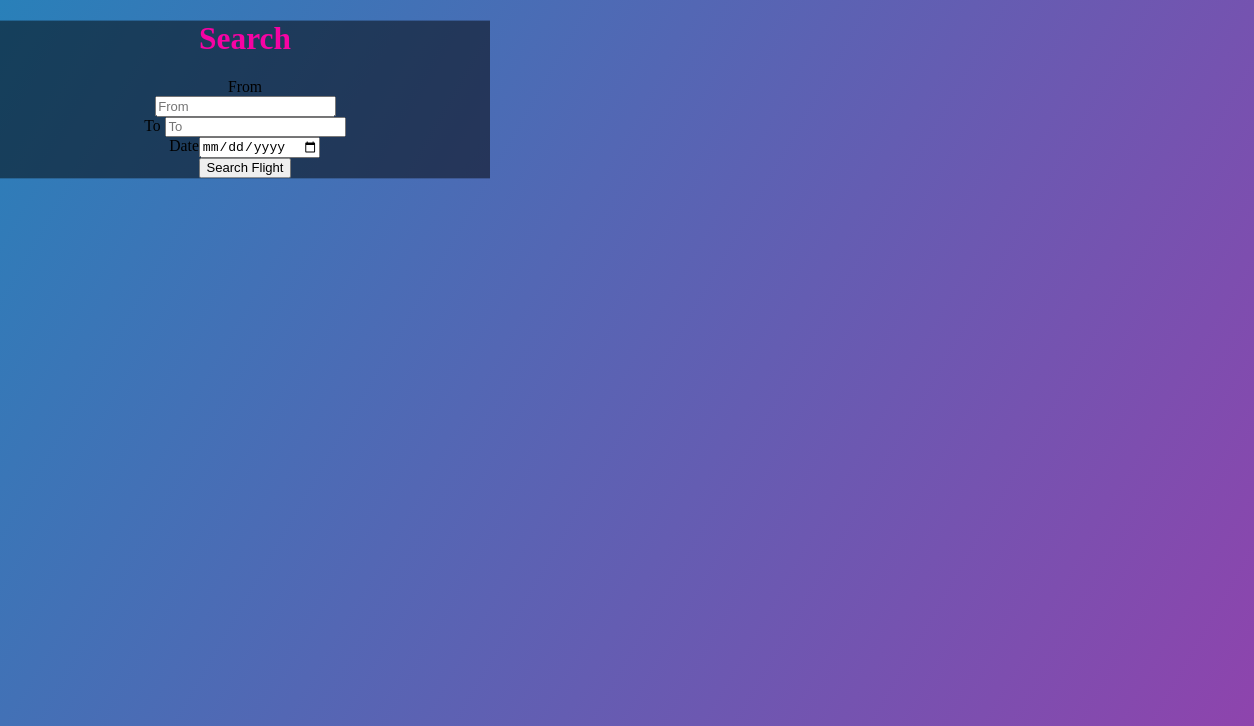
Repository: kalpesh3070/backend2
Page: flyaway/src/main/webapp/Home.html
The author's editor kept a copy of each file at every save. The page is drawn from the files as they stood at one save, then again after the next save.
The browser window is 1280 px wide. The pictures show the whole page, at 98% of full size.

Above is the page before, as saved 2022-11-13 18:45:08.

After the next save:
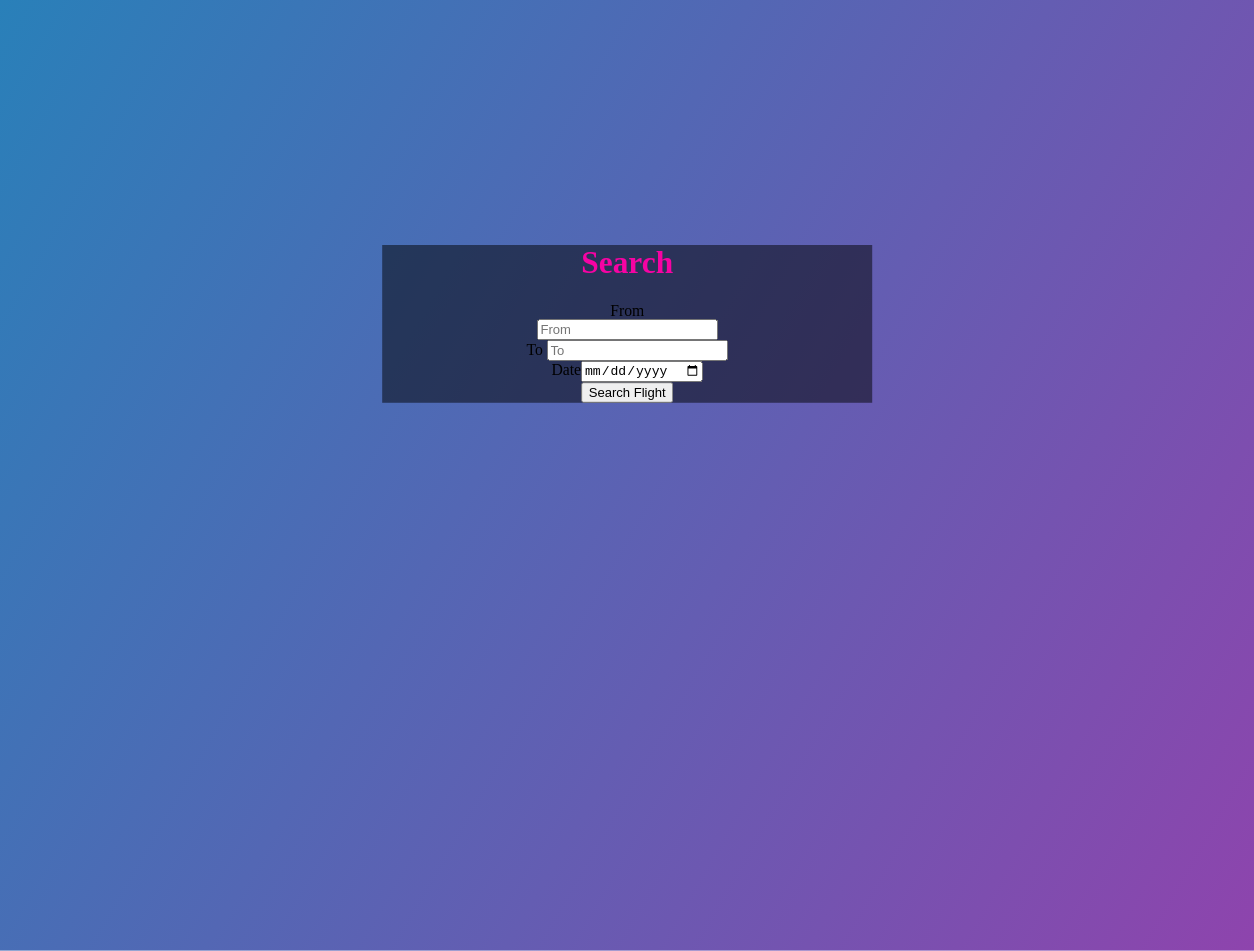
Saved 23 s later.
--- a/flyaway/src/main/webapp/home.css
+++ b/flyaway/src/main/webapp/home.css
@@ -12,7 +12,7 @@ overflow:hidden;
 width : 500px;
 background-color: rgba(0,0,0,.5);
 margin:250px auto
-hight:600px;
+
 }
 
 .lable h1{
